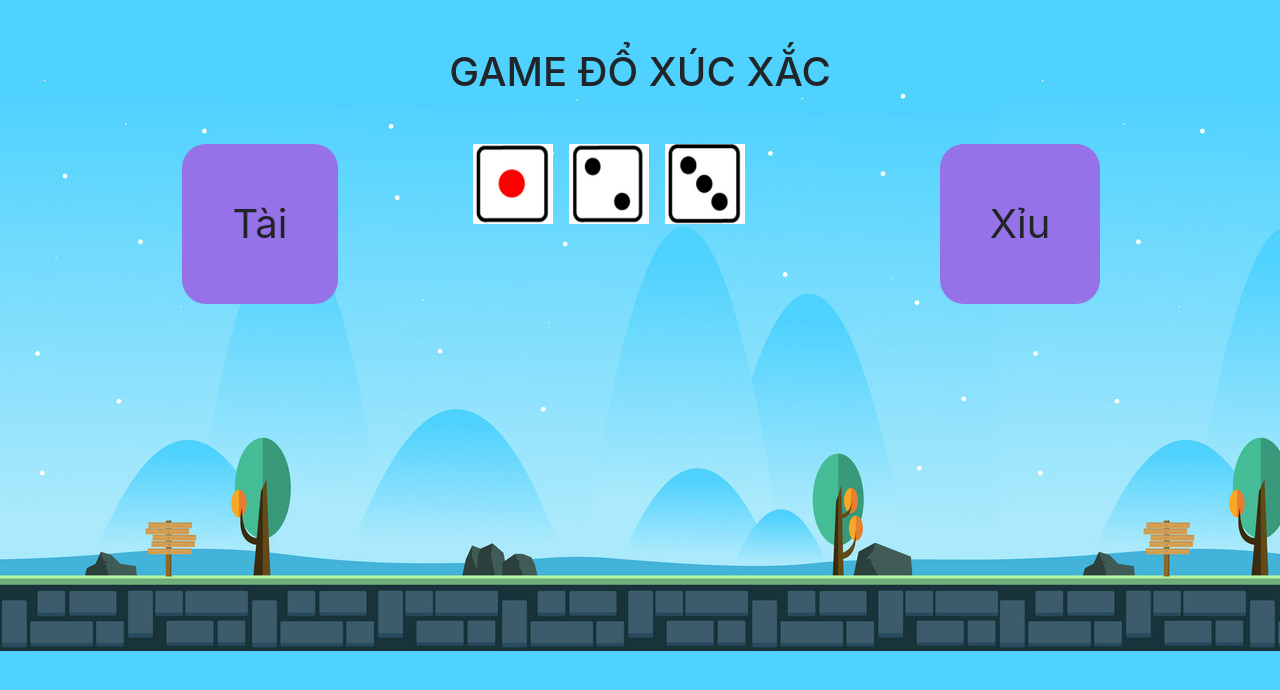
Repository: dovanthao2404/game-xuc-sac
Page: /
These files come from the project's save history. The page is drawn as it stood at one moment and after the next save; the edit follows.
The browser window is 1280 px wide. The pictures show the whole page.
The project was rebuilt for these pictures with package versions that can differ from the ones it lists, and the page was loaded fresh each time.

Above is the page before, as saved 2021-09-11 13:09:04.

After the next save:
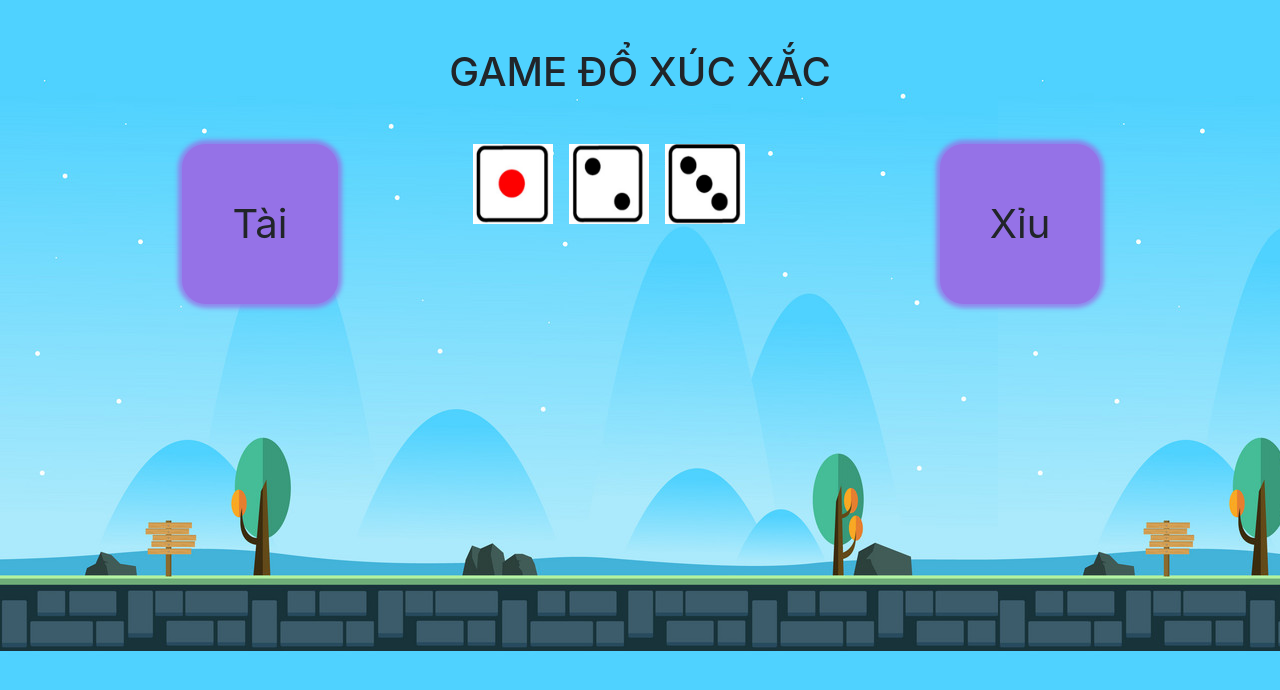
Saved 59 s later.
--- a/public/css/style.css
+++ b/public/css/style.css
@@ -16,6 +16,7 @@
   font-size: 40px;
   background: rgb(149, 114, 231);
   cursor: pointer;
+  box-shadow: 0 0 4px 4px rgba(149, 114, 231, 0.8);
 }
 
 img {
